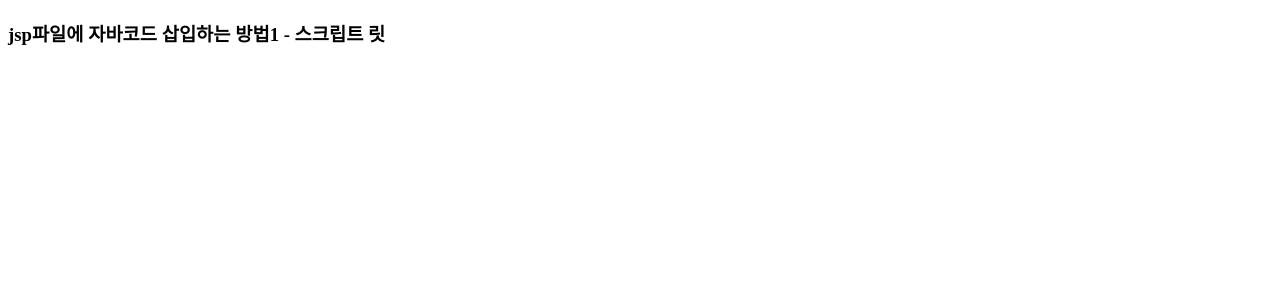
Repository: leehojun95/HJ-Developer
Page: http://localhost/webShop/sec12/hello2.jsp
The author's editor kept a copy of each file at every save. The page is drawn from the files as they stood at one save, then again after the next save.
The browser window is 1280 px wide. The pictures show the whole page.
The page is served by Tomcat 9. Other server files are loaded and not shown.

Above is the page before, as saved 2024-04-24 02:53:19.

### webShop/src/main/webapp/sec12/hello2.jsp
<%@ page language="java" contentType="text/html; charset=UTF-8"
    pageEncoding="UTF-8"%>
    <%!
    //선언문, 클래스 레벨에 사입
    String name = "이순신";

    public String getName(){ return name;}
    %>

    <%
    //스크립트 릿(Script let)
    	String age = request.getParameter("age");
    %>
<!DOCTYPE html>
<html>
<head>
<meta charset="UTF-8">
<title>스크립트 릿</title>
</head>
<body>
	<h3>jsp파일에 자바코드 삽입하는 방법1 - 스크립트 릿</h3>
</body>
</html>

After the next save:
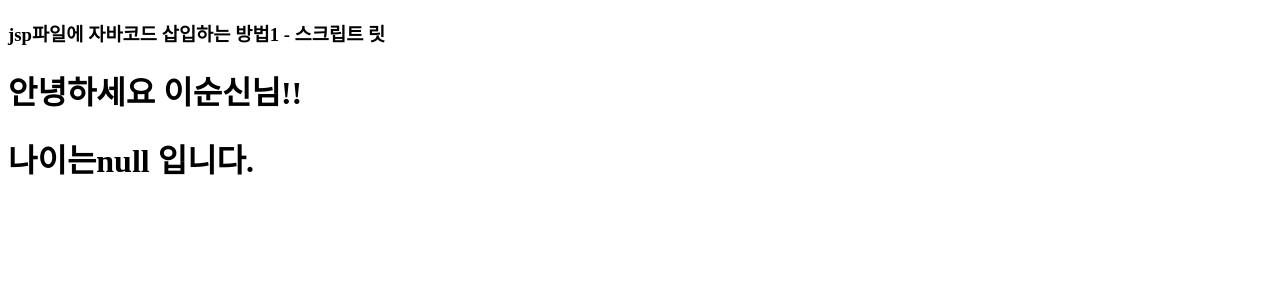
Saved 2 min 8 s later.
--- a/webShop/src/main/webapp/sec12/hello2.jsp
+++ b/webShop/src/main/webapp/sec12/hello2.jsp
@@ -19,5 +19,7 @@
 </head>
 <body>
 	<h3>jsp파일에 자바코드 삽입하는 방법1 - 스크립트 릿</h3>
+	<h1>안녕하세요 <%=name %>님!!</h1>
+	<h1>나이는<%=age %> 입니다.</h1>
 </body>
 </html>
